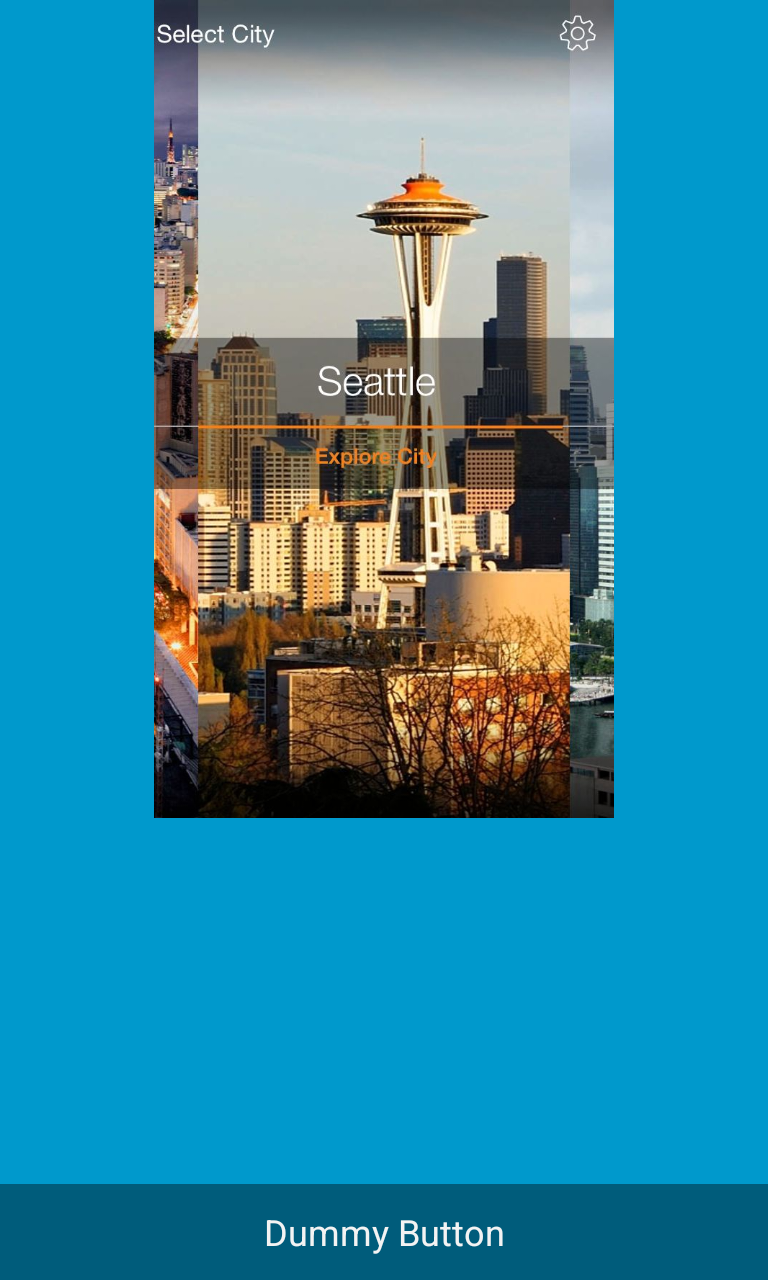
Repository: sankalpshere/TravelSwipe
Layout: gomodev/res/layout/activity_fullscreen.xml
An editor plug-in stored every save of this project. The layout is shown before and after the next save, followed by the edit.
It is drawn on a 768 x 1280 px phone screen (xhdpi) without system bars, with theme FullscreenTheme; the app's code is not run.

Above is the layout before, as saved 2014-01-07 22:06:32.

After the next save:
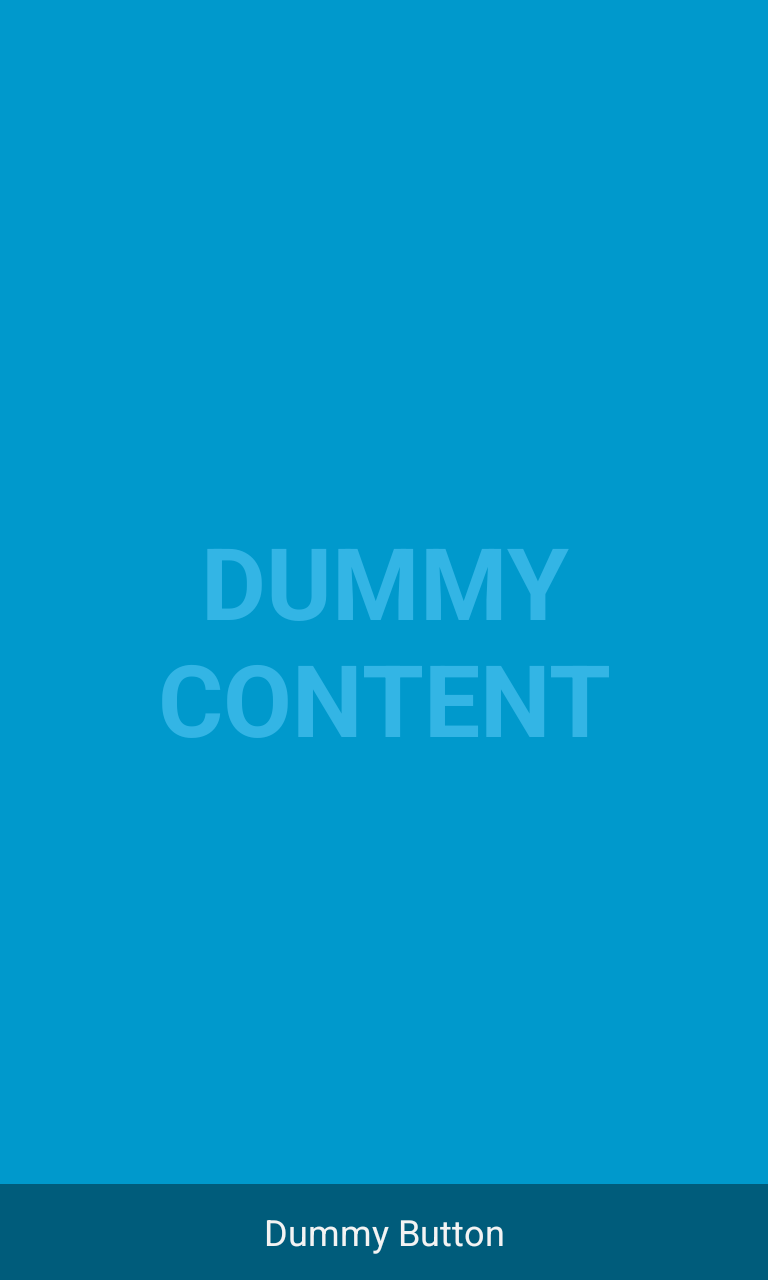
Saved 38 s later.
--- a/gomodev/res/layout/activity_fullscreen.xml
+++ b/gomodev/res/layout/activity_fullscreen.xml
@@ -51,11 +51,7 @@
                 android:text="@string/dummy_button" />
         </LinearLayout>
 
-        <ImageView
-            android:id="@+id/imageView1"
-            android:layout_width="match_parent"
-            android:layout_height="409dp"
-            android:src="@drawable/seattle" />
+
 
     </FrameLayout>
 
